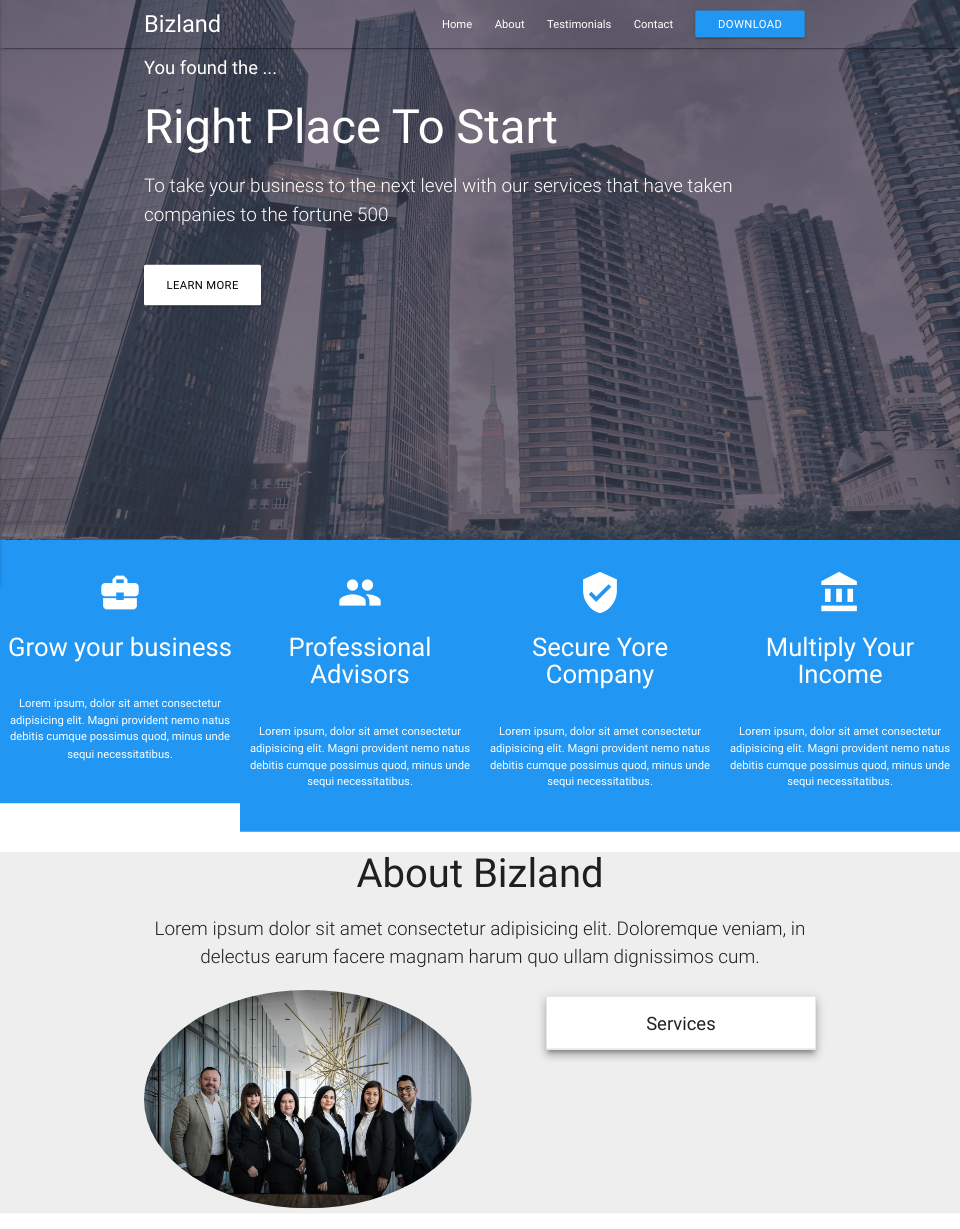
Repository: farrdy/bizland
Page: index.html
These files come from the project's save history. The page is drawn as it stood at one moment and after the next save; the edit follows.
The browser window is 1280 px wide. The pictures show the whole page, at 75% of full size.
Some web libraries are served in a nearby version.

Above is the page before, as saved 2020-01-05 13:39:52.

### index.html
<!DOCTYPE html>
<html>
  <head>
    <!--Import Google Icon Font-->
    <link
      href="https://fonts.googleapis.com/icon?family=Material+Icons"
      rel="stylesheet"
    />
    <!--Import materialize.css-->
    <link
      type="text/css"
      rel="stylesheet"
      href="css/materialize.min.css"
      media="screen,projection"
    />
    <link type="text/css" rel="stylesheet" href="css/main.css" />
    <!--Let browser know website is optimized for mobile-->
    <meta name="viewport" content="width=device-width, initial-scale=1.0" />
    <title>Bizland Theme</title>
  </head>

  <body>
    <header class="main-header">
      <div class="primary-overlay">
        <div class="navbar-fixed">
          <nav class="transparent">
            <div class="container">
              <div class="nav-wrapper">
                <a href="#home" class="brand-logo">Bizland</a>
                <a href="#" class="button-collapse" data-activates="mobile-nav">
                  <i class="material-icons">menu</i>
                </a>
                <ul class=" right hide-on-med-and-down">
                  <li>
                    <a href="#home">Home</a>
                  </li>
                  <li>
                    <a href="#about">About</a>
                  </li>
                  <li>
                    <a href="#testimonials">Testimonials</a>
                  </li>
                  <li>
                    <a href="#contact">Contact</a>
                  </li>
                  <li>
                    <a href="#" class="btn blue">Download</a>
                  </li>
                </ul>
              </div>
            </div>
          </nav>
        </div>
        <ul class="side-nav" id="mobile-nav">
          <h4 class="blue-grey darken-3  center">
            Bizland
          </h4>
          <li>
            <a href="#" class="devider"></a>
          </li>
          <li>
            <a href="#home">Home</a>
          </li>
          <li>
            <a href="#about">About</a>
          </li>
          <li>
            <a href="#testimonials">Testimonials</a>
          </li>
          <li>
            <a href="#contact">Contact</a>
          </li>
        </ul>

        <!-- showcase -->
        <div class="showcase container">
          <div class="row">
            <div class="col s12 main-text">
              <h5>You found the ...</h5>
              <h1>Right Place To Start</h1>
              <p class="flow-text">
                To take your business to the next level with our services that
                have taken companies to the fortune 500
              </p>
              <br />
              <a href="" class="btn btn-large white black-text">Learn More</a>
              <a href="#about" class="white-text"
                ><i class="material-icons medium scroll-icon">
                  arrow_drop_down_circle
                </i></a
              >
            </div>
          </div>
        </div>
      </div>
    </header>
    <section class="section-boxes center">
      <div class="row">
        <div class="col s12 m6 l3 blue white-text box">
          <i class="material-icons medium">business_center</i>
          <h4>Grow your business</h4>
          <p>
            Lorem ipsum, dolor sit amet consectetur adipisicing elit. Magni
            provident nemo natus debitis cumque possimus quod, minus unde sequi
            necessitatibus.
          </p>
        </div>
        <div class="col s12 m6 l3 blue white-text box">
          <i class="material-icons medium">people</i>
          <h4>Professional Advisors</h4>
          <p>
            Lorem ipsum, dolor sit amet consectetur adipisicing elit. Magni
            provident nemo natus debitis cumque possimus quod, minus unde sequi
            necessitatibus.
          </p>
        </div>
        <div class="col s12 m6 l3 blue white-text box">
          <i class="material-icons medium">verified_user</i>
          <h4>Secure Yore Company</h4>
          <p>
            Lorem ipsum, dolor sit amet consectetur adipisicing elit. Magni
            provident nemo natus debitis cumque possimus quod, minus unde sequi
            necessitatibus.
          </p>
        </div>
        <div class="col s12 m6 l3 blue white-text box">
          <i class="material-icons medium">account_balance</i>
          <h4>Multiply Your Income</h4>
          <p>
            Lorem ipsum, dolor sit amet consectetur adipisicing elit. Magni
            provident nemo natus debitis cumque possimus quod, minus unde sequi
            necessitatibus.
          </p>
        </div>
      </div>
    </section>
    <!-- Section: About -->

    <section class="section-about grey lighten-3 center">
      <div class="container">
        <h2>About Bizland</h2>
        <p class="flow-text">
          Lorem ipsum dolor sit amet consectetur adipisicing elit. Doloremque
          veniam, in delectus earum facere magnam harum quo ullam dignissimos
          cum.
        </p>
        <div class="row">
          <div class="col s12 m6">
            <img src="img/people.jpg" alt="" class="responsive-img circle" />
          </div>
          <div class="col s12 m5 offset-m1">
            <ul class="collection with-header z-depth-4">
              <li class="collection-header">
                <h5>Services</h5>
              </li>
            </ul>
          </div>
        </div>
      </div>
    </section>

    <!--Import jQuery before materialize.js-->
    <script
      type="text/javascript"
      src="https://code.jquery.com/jquery-3.2.1.min.js"
    ></script>
    <script type="text/javascript" src="js/materialize.min.js"></script>
    <script>
      $(document).ready(function() {
        $(".button-collapse").sideNav();

        //scrollfire
        const options = [
          {
            selector: ".main-text",
            offset: 0,
            callback: function(el) {
              Materialize.fadeInImage($(el));
            }
          }
        ];

        Materialize.scrollFire(options);
      });
    </script>
  </body>
</html>

### css/main.css
.primary-overlay {
  background: rgba(63, 57, 77, 0.7);
  position: absolute;
  top: 0;
  left: 0;
  width: 100%;
  height: 100%;
  overflow: hidden;
}

.main-header {
  background: url(../img/showcase.jpg);
  background-size: cover;
  background-position: center;
  height: 100vh;
  min-height: 600px;
  color: #fff;
  position: relative;
}

.main-hedare .showcase {
  padding-top: 110px;
}

.scroll-icon {
  position: absolute;
  bottom: 5%;
  left: 47%;
  opacity: 0.5%;
}

.box {
  padding: 40px 10px !important;
}

.box h4 {
  padding-bottom: 30px;
}

.section-boxes .row {
  margin-bottom: 0 !important;
}

@media (max-width: 600px) {
  .main-header {
    height: 50vh;
  }
}

Loaded but not shown: css/materialize.min.css (library); js/materialize.min.js (library)

After the next save:
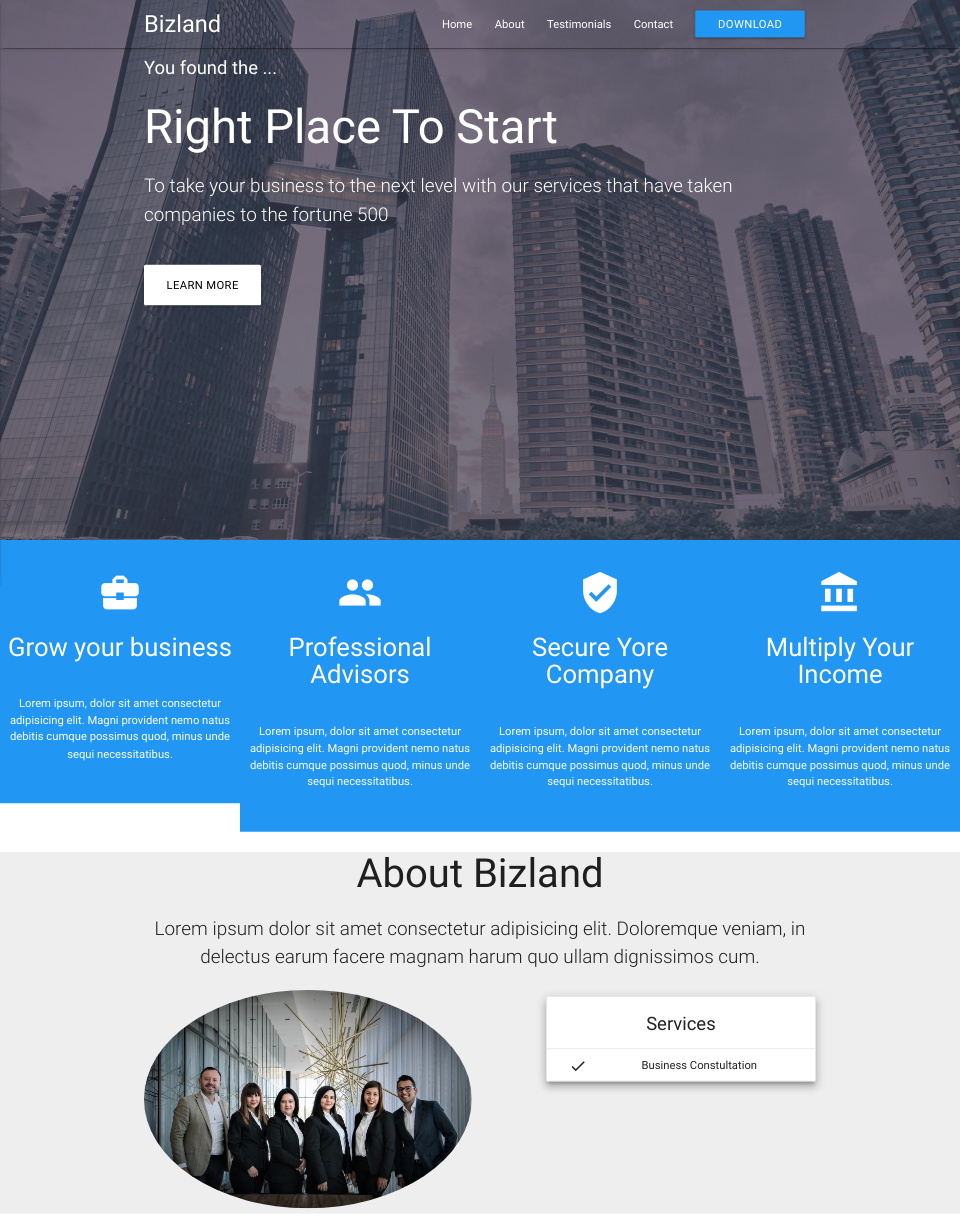
Saved 85 s later.
--- a/index.html
+++ b/index.html
@@ -153,6 +153,10 @@
               <li class="collection-header">
                 <h5>Services</h5>
               </li>
+              <li class="collection-item">
+                <i class="material-icons left">check</i>
+                Business Constultation
+              </li>
             </ul>
           </div>
         </div>
